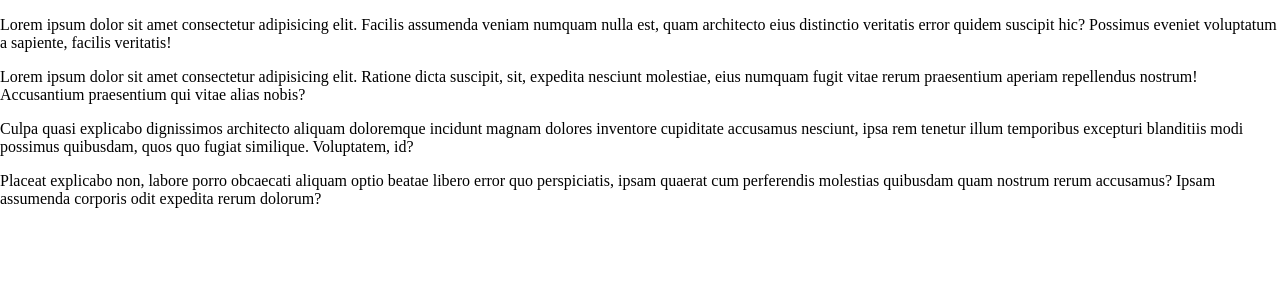
Repository: zuuo/--
Page: 1/index.html
These files come from the project's save history. The page is drawn as it stood at one moment and after the next save; the edit follows.
The browser window is 1280 px wide. The pictures show the whole page.
The style sheet was rebuilt from its Sass, Less or Tailwind sources for each picture, by a compiler version that may differ from the author's.

Above is the page before, as saved 2024-02-29 15:30:44.

After the next save:
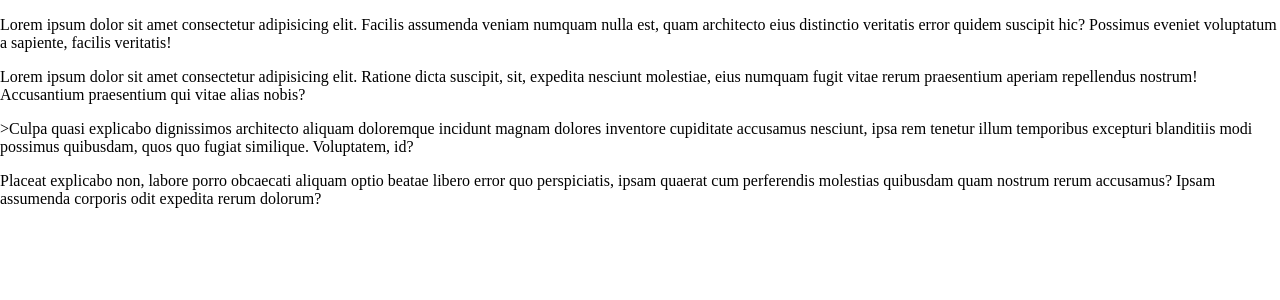
Saved 26 s later.
--- a/1/index.html
+++ b/1/index.html
@@ -9,12 +9,20 @@
 </head>
 
 <body>
-    <p>Lorem ipsum dolor sit amet consectetur adipisicing elit. Facilis assumenda veniam numquam nulla est, quam architecto eius distinctio veritatis error quidem suscipit hic? Possimus eveniet voluptatum a sapiente, facilis veritatis!
+    <p><span>Lorem ipsum dolor sit amet consectetur adipisicing elit. Facilis assumenda veniam numquam nulla est, quam
+            architecto eius distinctio veritatis error quidem suscipit hic? Possimus eveniet voluptatum a sapiente,
+            facilis veritatis!
+        </span></p>
+    <p><span>Lorem ipsum dolor sit amet consectetur adipisicing elit. Ratione dicta suscipit, sit, expedita nesciunt
+            molestiae, eius numquam fugit vitae rerum praesentium aperiam repellendus nostrum! Accusantium praesentium
+            qui vitae alias nobis?</p>
+    <p< /span>><span>Culpa quasi explicabo dignissimos architecto aliquam doloremque incidunt magnam dolores inventore
+            cupiditate accusamus nesciunt, ipsa rem tenetur illum temporibus excepturi blanditiis modi possimus
+            quibusdam, quos quo fugiat similique. Voluptatem,
+        </span> id?
     </p>
-    <p>Lorem ipsum dolor sit amet consectetur adipisicing elit. Ratione dicta suscipit, sit, expedita nesciunt molestiae, eius numquam fugit vitae rerum praesentium aperiam repellendus nostrum! Accusantium praesentium qui vitae alias nobis?</p>
-    <p>Culpa quasi explicabo dignissimos architecto aliquam doloremque incidunt magnam dolores inventore cupiditate accusamus nesciunt, ipsa rem tenetur illum temporibus excepturi blanditiis modi possimus quibusdam, quos quo fugiat similique. Voluptatem,
-        id?
-    </p>
-    <p>Placeat explicabo non, labore porro obcaecati aliquam optio beatae libero error quo perspiciatis, ipsam quaerat cum perferendis molestias quibusdam quam nostrum rerum accusamus? Ipsam assumenda corporis odit expedita rerum dolorum?
-    </p>
+    <p><span>Placeat explicabo non, labore porro obcaecati aliquam optio beatae libero error quo perspiciatis, ipsam
+                quaerat cum perferendis molestias quibusdam quam nostrum rerum accusamus? Ipsam assumenda corporis odit
+                expedita rerum dolorum?
+            </span></p>
 </body>
